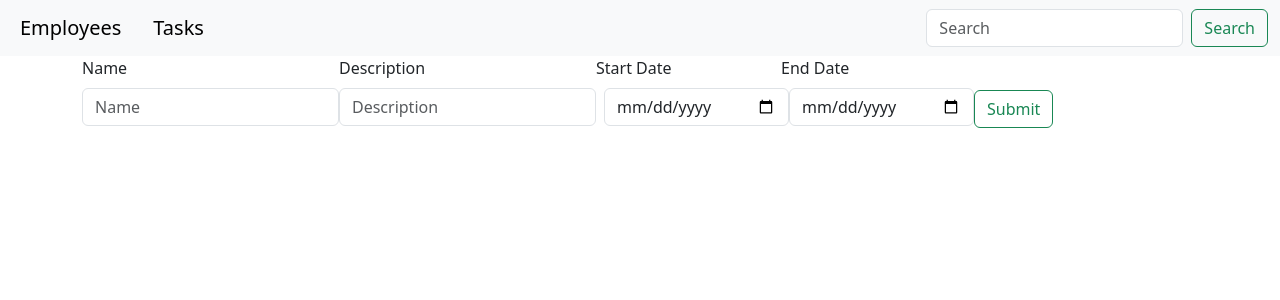
Repository: RaffiBarseghyan/employees
Page: /tasks
The author's editor kept a copy of each file at every save. The page is drawn from the files as they stood at one save, then again after a run of saves.
The browser window is 1280 px wide. The pictures show the whole page.
The project was rebuilt for these pictures with package versions that can differ from the ones it lists, and the page was loaded fresh each time. Some packages were replaced by stand-ins written for this rebuild. Also part of the build but not shown: src/App.css, src/Pages/Employees/employees.module.scss, src/Pages/UpDel/upDel.module.scss, src/Pages/UpDel/delete.jsx, src/Pages/Employees/employees.jsx, src/Pages/Tasks/tasks.module.scss, src/Pages/UpDel/update.jsx.

Above is the page before, as saved 2023-06-15 21:35:29.

### src/App.jsx
import "./App.css";
import Header from "./Pages/Header/header";
import { BrowserRouter, Routes, Route } from "react-router-dom";
import "bootstrap/dist/css/bootstrap.css";
import Employees from "./Pages/Employees/employees";
import Tasks from "./Pages/Tasks/tasks";
import Update from "./Pages/UpDel/update";

function App() {
  return (
    <>
      <BrowserRouter>
        <Header />

        <Routes>
          <Route path="/employees" element={<Employees />} />

          <Route path="/tasks" element={<Tasks />} />
          <Route path="/update" element={<Update />} />
        </Routes>
      </BrowserRouter>
    </>
  );
}

export default App;

### src/Pages/Header/header.jsx
import { Link } from "react-router-dom";
import style from "./header.module.scss";

function Header() {
  return (
    <>
      <nav className="navbar navbar-expand-lg bg-body-tertiary">
        <div className="container-fluid">
          <button
            className="navbar-toggler"
            type="button"
            data-bs-toggle="collapse"
            data-bs-target="#navbarSupportedContent"
            aria-controls="navbarSupportedContent"
            aria-expanded="false"
            aria-label="Toggle navigation"
          >
            <span className="navbar-toggler-icon"></span>
          </button>
          <div className="collapse navbar-collapse" id="navbarSupportedContent">
            <ul className="navbar-nav me-auto mb-2 mb-lg-0">
              <li className="nav-item">
                <Link className={`nav-link navbar-brand active ${style.linkStyle}`} to="/employees">
                  Employees
                </Link>
              </li>
              <li className="nav-item">
                <Link
                  className={`nav-link navbar-brand ${style.linkStyle}`}
                  to="/tasks"
                >
                  Tasks
                </Link>
              </li>
            </ul>
            <form className="d-flex" role="search">
              <input
                className="form-control me-2"
                type="search"
                placeholder="Search"
                aria-label="Search"
              />
              <button className="btn btn-outline-success" type="submit">
                Search
              </button>
            </form>
          </div>
        </div>
      </nav>
    </>
  );
}

export default Header;

### src/Pages/Tasks/tasks.jsx
import style from "./tasks.module.scss";

function Tasks() {
  return (
    <>
      <form
        action="https://rocky-temple-83495.herokuapp.com/tasks"
        method="post"
        target="_blank"
        className={`${style.employeeForm} container`}
      >
        <label htmlFor="name">
          Name
          <input
            className="form-control mt-2 "
            type="text"
            id="name"
            name="name"
            placeholder="Name"
          />
        </label>

        <label htmlFor="description">
          Description
          <input
            className="form-control mt-2"
            type="text"
            id="description"
            name="description"
            placeholder="Description"
          />
        </label>

        <label htmlFor="startDate">
          Start Date
          <input
            className="form-control m-2"
            type="date"
            id="startDate"
            name="startDate"
            placeholder="startDate"
          />
        </label>

        <label htmlFor="endDate">
        End Date
          <input
            className="form-control m-2"
            type="date"
            id="endDate"
            name="endDate"
            placeholder="endDate"
          />
        </label>

        <input
          className="btn btn-outline-success m-2"
          type="submit"
          value="Submit"
        />
      </form>
    </>
  );
}

export default Tasks;

Loaded but not shown: src/index.js (common file); src/index.css (common file); src/reportWebVitals.js (common file); src/Pages/Header/header.module.scss (no stored copy; drawn as an empty file)

After the next 3 saves:
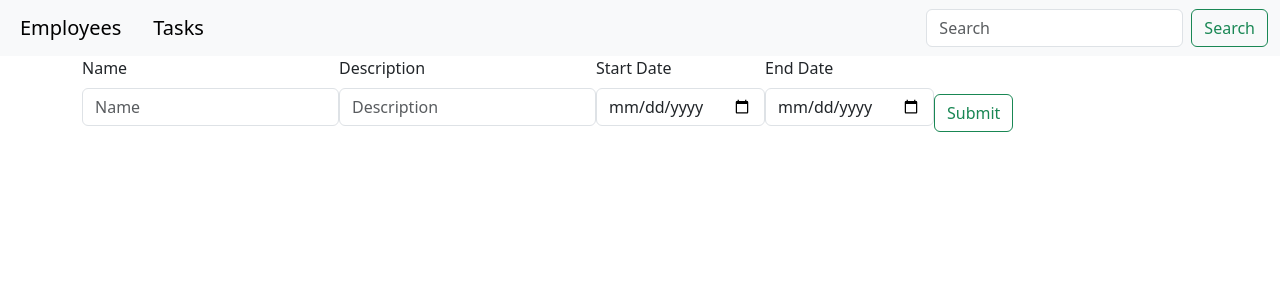
The 3 saves are shown as one change because they came seconds apart.
The last was saved 15 s later.
--- a/src/Pages/Tasks/tasks.jsx
+++ b/src/Pages/Tasks/tasks.jsx
@@ -34,7 +34,7 @@ function Tasks() {
         <label htmlFor="startDate">
           Start Date
           <input
-            className="form-control m-2"
+            className="form-control mt-2"
             type="date"
             id="startDate"
             name="startDate"
@@ -45,7 +45,7 @@ function Tasks() {
         <label htmlFor="endDate">
         End Date
           <input
-            className="form-control m-2"
+            className="form-control mt-2"
             type="date"
             id="endDate"
             name="endDate"
@@ -54,7 +54,7 @@ function Tasks() {
         </label>
 
         <input
-          className="btn btn-outline-success m-2"
+          className="btn btn-outline-success mt-2"
           type="submit"
           value="Submit"
         />
